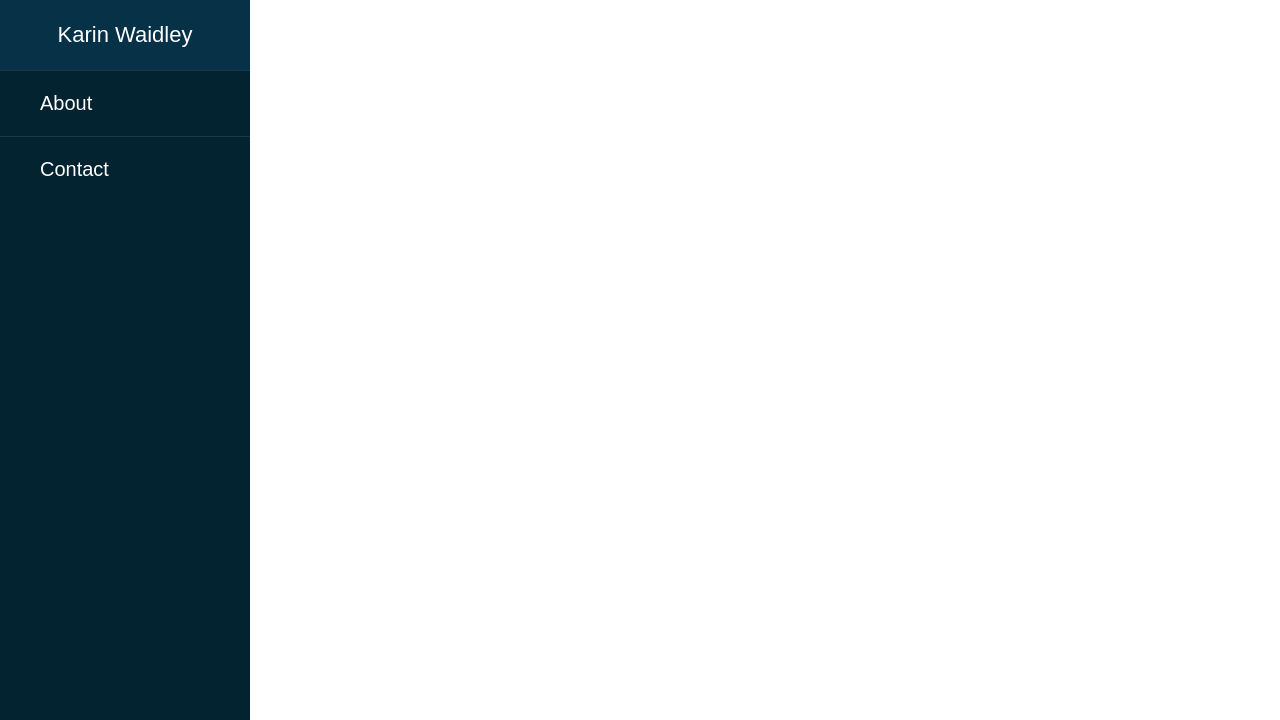
Repository: Ceasor7/Karin
Page: test.html
The author's editor kept a copy of each file at every save. The page is drawn from the files as they stood at one save, then again after the next save.
The browser window is 1280 px wide. The pictures show the whole page.
Some web libraries are served in a nearby version.

Above is the page before, as saved 2023-12-15 16:17:15.

After the next save:
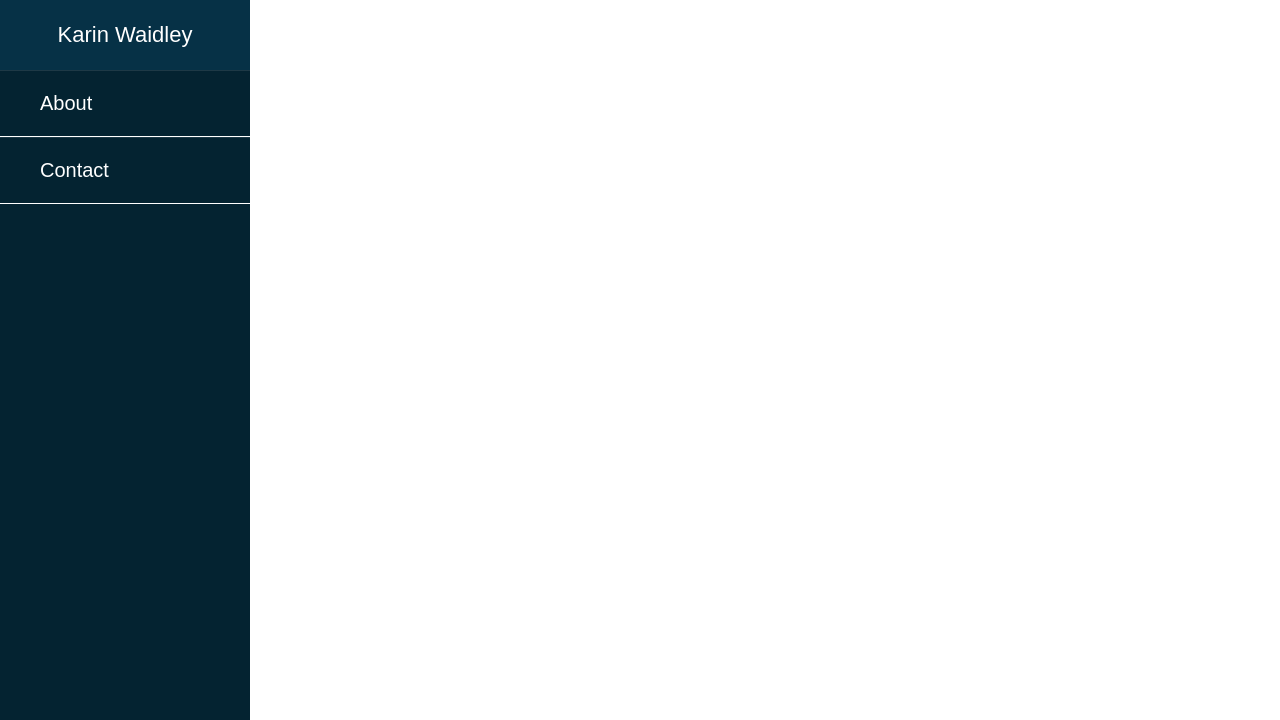
Saved 34 s later.
--- a/stingo.css
+++ b/stingo.css
@@ -36,4 +36,5 @@ body {
     padding-left: 40px;
     box-sizing: border-box;
     border-top: 1px solid rgba(255, 255, 255, .1);
+    border-bottom: 1px solid;
 }
